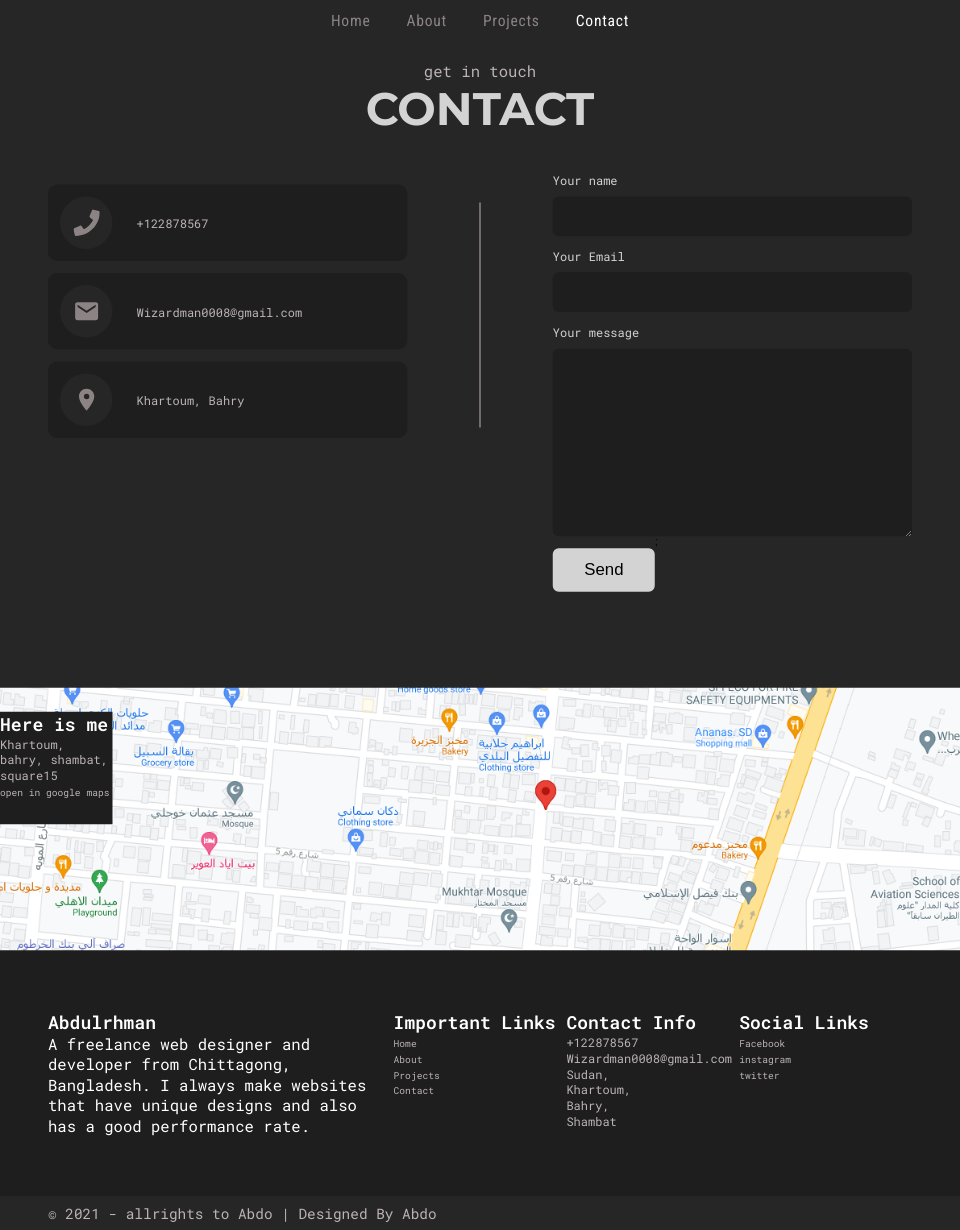
Repository: Abdoulrhman-altyeb/React-Typescript
Page: /contact
These files come from the project's save history. The page is drawn as it stood at one moment and after the next save; the edit follows.
The browser window is 1280 px wide. The pictures show the whole page, at 75% of full size.
The project was rebuilt for these pictures with package versions that can differ from the ones it lists, and the page was loaded fresh each time. Also part of the build but not shown: src/components/ContactButton.tsx, src/components/HeroSection.tsx, src/components/AboutSection.tsx, src/assits/data/Services.ts, src/components/ServiceItems.tsx, src/components/ServicesSection.tsx, src/components/ProjectsSection.tsx, src/Pages/Home.tsx and 2 more.

Above is the page before, as saved 2021-05-20 19:35:56.

### public/index.html
<!DOCTYPE html>
<html lang="en">

<head>
  <meta charset="utf-8" />
  <meta name="viewport" content="width=device-width, initial-scale=1" />
  <meta name="theme-color" content="#000000" />
  <meta name="description" content="IT Guys Community" />
  <link rel="preconnect" href="https://fonts.gstatic.com">
  <link href="https://fonts.googleapis.com/css2?family=Roboto:wght@300;400;500;700&display=swap" rel="stylesheet">
  <link rel="preconnect" href="https://fonts.gstatic.com">
<link href="https://fonts.googleapis.com/css2?family=Montserrat:wght@200;300;400;500;700&display=swap" rel="stylesheet">
<link rel="preconnect" href="https://fonts.gstatic.com">
<link href="https://fonts.googleapis.com/css2?family=Roboto+Mono:wght@200;300;400;500;600&display=swap" rel="stylesheet">
<link rel="preconnect" href="https://fonts.gstatic.com">
<link href="https://fonts.googleapis.com/css2?family=Roboto+Condensed:wght@400;700&display=swap" rel="stylesheet">
  <title>App Lab</title>
</head>

<body>
  <noscript>You need to enable JavaScript to run this app.</noscript>
  <div id="root"></div>
</body>

</html>

### src/index.tsx
import ReactDOM from "react-dom";
import App from "./App";
import './assits/styles/style.css'

ReactDOM.render(<App/>,document.getElementById("root"));

### src/App.tsx
import React from "react";
import NavBar from './components/NavBar';
import { BrowserRouter as Router, Route, Switch } from 'react-router-dom'
import Home from "./Pages/Home";
import Contact from "./Pages/Contact";
import About from "./Pages/About";
import Projects from "./Pages/Projects";


const App: React.FC = () => {



  return (
    <>
      <Router>
        <NavBar />
        <Switch>
          <Route  path='/' exact>
            <Home />
          </Route>
          <Route path="/contact">
            <Contact />
          </Route>
          <Route path='/about'>
            <About />
          </Route>
          <Route path='/projects'>
              <Projects/>
          </Route>
        </Switch>
      </Router>
    </>
  )
}

export default App;

### src/assits/styles/style.css
* {
    padding:0;
    margin:0;
    box-sizing:border-box;
    scroll-behavior: auto;
}

body {
    background:#262626;
    color:white;
    font-family: 'Roboto Mono', monospace;
}
::-webkit-scrollbar-track {
    background: #1E1E1E;
}
::-webkit-scrollbar {
    width: 8px;
}
::-webkit-scrollbar-thumb {
    background: #888;
    border-radius: 20px;
}




img,svg{
    width: 100%;
    height:100%;
    object-fit: cover;
}
.container {
    width:90%;
    max-width:1200px;
    margin: 0 auto;
}

.hero__img {
    height:600px;
}
ul {
    list-style: none;
}
p, h1, span,h3,a {
    color:#BCB4B4
}
a {
    text-decoration: none;
    font-size:0.8rem;
}

### src/components/NavBar.tsx
import React,{useState} from 'react';
import styled from 'styled-components';
import { NavLink } from 'react-router-dom';
import { BiMenu, BiX } from 'react-icons/bi';


const NavBar: React.FC = () => {

    const [isActive, setIsActive] = useState<boolean>(false);

    return (
        <NavBarContainer>
            <div className="hamburgerMenu"
                onClick={() => setIsActive(!isActive)}
                role='button'
                tabIndex={0}
                onKeyDown={() => setIsActive(!isActive)}
            >
                <BiMenu/>
            </div>
            <ul className={isActive ? 'ListItems' : 'ListItems hide-items'}>
                <div className='closeMenu'
                    onClick={() => setIsActive(!isActive)}
                    role='button'
                    tabIndex={0}
                    onKeyDown={() => setIsActive(!isActive)}
                >
                    <BiX/>
                </div>
                <li>
                    <NavLink to='/' exact>
                     Home
                    </NavLink>
                </li>
                <li>
                    <NavLink to="/about">
                        About
                    </NavLink>
                </li>
                <li>
                    <NavLink to='projects'>
                        Projects
                    </NavLink>
                </li>
                <li>
                    <NavLink to='contact'>
                        Contact
                    </NavLink>
                </li>
            </ul>
        </NavBarContainer>
    )
}

const NavBarContainer = styled.nav`
    position: fixed;
    z-index:100;
    top:0;
    left:0;
    background-color:#262626;
    font-family: 'Roboto Condensed', sans-serif;
    width:100%;
    ul {
        width:90%;
        max-width:1200px;
        justify-content:center;
        text-align:center;
        margin:0 auto;
        border-radius:12px;
    }
    li {
        display:inline-block;
        cursor:pointer;
    }
    a {
        display:inline-block;
        padding:1rem 1.5rem;
        font-size:1.3rem;
        color:#8c8484;
        letter-spacing: 1px;
        transition:0.3s ease color;
        /* &:hover {
            color:#726f6f;
        } */
    }
    .active {
        color:white;
    }

    .hamburgerMenu {
        font-size:2rem;
        position:absolute;
        top:1rem;
        right:1rem;
        color:white;
        display:none;
        * {
            pointer-events:none;
        }
    }
    .closeMenu{
        display:none;
    }
    @media only screen and (max-width:768px) {
        .hide-items{
            transform: translateY(calc(-100% - 1rem))
        }
        .hamburgerMenu{
            display:block;
        }
        .ListItems {
            width:80%;
            max-width:230px;
            position:absolute;
            top:1rem;
            right:1rem;
            background:#1E1E1E;
            padding:1rem;
            transition: 0.3s ease transform;

            .closeMenu {
                color:white;
                font-size:1.5rem;
                width:1rem;
                margin: 0 0 0 auto;
                cursor: pointer;
                display:block;
                *{
                    pointer-events:none;
                }
            }
        }
        li {
            display:block;
            margin-bottom:1rem;
        }
        a {
            /* padding:1rem; */
            padding:0.2rem;
            outline:none;
        }
    }
`;



export default NavBar;

### src/Pages/Contact.tsx
import React from 'react';
import ContactSection from '../components/ContactSecion';
import FooterSection from '../components/FooterSection';
import Map from '../components/Map';

const Contact: React.FC = () => {
    return (
        <>
            <ContactSection/>
            <Map/>
            <FooterSection />
        </>
    )
}

export default Contact;

### src/components/FooterSection.tsx
import React from 'react';
import styled from 'styled-components';
import PaText from './PaText';
import { Link } from 'react-router-dom';

const FooterSection: React.FC = () => {
    return (
        <>
            <StyledDiv>
                <div className="container">
                    <div className="info">
                        <h2>Abdulrhman</h2>
                        <PaText>
                            A freelance web designer and developer from Chittagong,
                            Bangladesh. I always make websites that have unique designs
                            and also has a good performance rate.
                        </PaText>
                    </div>
                    <div className="pages">
                        <h2>Important Links</h2>
                        <ul>
                            <li>
                                <Link to="/">Home</Link>
                            </li>
                            <li>
                                <Link to="/">About</Link>
                            </li>
                            <li>
                                <Link to="/">Projects</Link>
                            </li>
                            <li>
                                <Link to="/">Contact</Link>
                            </li>
                        </ul>
                    </div>
                    <div className="contact_info">
                        <h2>Contact Info</h2>
                        <ul>
                            <li><p>+122878567</p></li>
                            <li><p>Wizardman0008@gmail.com</p></li>
                            <li><p>Sudan,<br></br>Khartoum,<br></br>Bahry,<br></br>Shambat</p></li>
                        </ul>
                    </div>
                    <div className="social_Links">
                        <h2>Social Links</h2>
                        <ul>
                            <li><a href="https://facebook.com" rel='noreferrer'>Facebook</a></li>
                        </ul>
                        <ul>
                            <li><a href="https://instagram.com" rel='noreferrer'>instagram</a></li>
                        </ul>
                        <ul>
                            <li><a href="https://twitter.com" rel='noreferrer'>twitter</a></li>
                        </ul>
                    </div>
                </div>
            </StyledDiv>
            <StyledCopyright>
                <div className="container">
                    <p>© 2021 - allrights to Abdo  | Designed By Abdo</p>
                </div>
            </StyledCopyright>
        </>

    )
}

const StyledDiv = styled.div`
    background:#1E1E1E;
    padding:5rem 0 ;
    .container{
        display:flex;
    }
    .info{
        flex:2;
    }
    .contact_info,
    .pages,
    .social_Links{
        flex:1;
    }
    @media only screen and (max-width:768px) {
        .container{
            flex-direction:column;
        }
    }
`;
const StyledCopyright = styled.div`
    background:#262626;
    padding:10px 0;
    p{
        font-size:1.2rem;
    }

    @media only screen and (max-width:768px) {
        p{
            font-size:0.9rem;
            width:100%;
        }
    }
`;

export default FooterSection

### src/components/ContactSecion.tsx
import React from 'react';
import styled from 'styled-components';
import SectionsTitle from './SectionsTitle';
import { FaPhone } from 'react-icons/fa';
import { IoMdMail } from 'react-icons/io';
import {MdLocationOn} from 'react-icons/md'
import Button from './Button';

const ContactSection: React.FC = () => {
    return (
        <StyledDiv>
            <div className="container">
                <SectionsTitle title='contact' semiTitle='get in touch' />
                <div className="contact-me">
                    <div className="contact-info">
                        <div className="phone">
                            <div className="icon">
                                <FaPhone/>
                            </div>
                            <span> +122878567</span>
                        </div>
                        <div className="mail">
                            <div className="icon">
                                <IoMdMail/>
                            </div>
                            <span>Wizardman0008@gmail.com</span>
                        </div>
                        <div className="location">
                            <div className="icon">
                                <MdLocationOn/>
                            </div>
                            <span>Khartoum, Bahry</span>
                        </div>
                    </div>
                    <div className="linebetween"></div>
                    <form className='form-contact'>
                        <label htmlFor="name">Your name</label>
                        <input className='name' type="text" id='name' />
                        <label htmlFor="email">Your Email</label>
                        <input type="email" id="email" />
                        <label htmlFor="message">Your message</label>
                        <textarea id="message"></textarea>
                        <button type='submit' className='btn'>
                                <Button btnLink='/'  outline={false} btnText='Send'/>;
                        </button>
                    </form>
                </div>
            </div>
        </StyledDiv>
    )
}
const StyledDiv = styled.div`
    padding:5rem 0;
    text-align: center;
    .container{
        display: flex;
        flex-direction:column;
    }
    .title{
        p{
            font-size:1.3rem;
        }
        h2{
            font-size:3.8rem;
            margin-top:0;
        }
    }
    .contact-me{
        padding:3rem 0;
        display: flex;
        gap:6rem;
    }
    .contact-info{
        flex:1;
    }
    .phone,
    .mail,
    .location{
        width:100%;
        background:#1E1E1E;
        margin-top:1rem;
        padding:1rem;
        border-radius:12px;
        display: flex;
        align-items: center;
    }
    .icon{
        width:70px;
        height:70px;
        border-radius: 50%;
        display: flex;
        justify-content: center;
        align-items:center;
        margin-right:2rem;
        background:#262626;
    }
    .icon svg{
        width:50%;
        fill: #8c8484;
    }
    .linebetween{
        width:2px;
        height:300px;
        background:#8c8484;
        margin-top:2.5rem;
    }

    .form-contact{
        flex:1;
        display: flex;
        flex-direction:column;
        text-align:left;
    }
    .form-contact input, textarea{
        padding:1rem;
        background:#1E1E1E;
        border:none;
        border-radius:8px;
    }
    .form-contact textarea {
        height:250px;
        resize: vertical;
    }
    .form-contact label{
        margin-bottom:0.7rem;
        color:lightgray;
    }
    .form-contact input{
        margin-bottom:1rem;
        outline:none;
        color:#8c8484;
        font-size:1.1rem;
    }
    .btn{
        background:transparent;
        outline:none;
        border:none;
        pointer-events: none;
        display: flex;
        justify-content: flex-start;
        *{
            pointer-events: all;
        }
    }
    @media only screen and (max-width:768px) {
        .title{
            p{
                font-size:0.9rem;
            }
            h2{
                font-size:2.5rem;
                margin-top:0;
            }
        }
        .contact-me{
            flex-direction:column;
        }
        .linebetween{
            display: none;
        }
    }
`;

export default ContactSection;

### src/components/Map.tsx
import React from 'react';
import styled from 'styled-components';
import map from '../assits/images/Capture.jpg'
const Map: React.FC = () => {
    return (
        <StyleDiv>
            <div className="image">
            <img src={map} alt="" />
            </div>
            <div className="location__details">
                <h2>Here is me</h2>
                <p>Khartoum, bahry, shambat, square15</p>
                <a href="https://www.google.com/maps/place/%D9%85%D8%AD%D8%B7%D9%87+15%E2%80%AD/@15.6677097,32.5462023,17z/data=!4m13!1m7!3m6!1s0x168e8da4c6682f5f:0x213cdd630f5e6fa9!2sShambat+Bridge,+Khartoum+North,+Sudan!3b1!8m2!3d15.6434242!4d32.5089219!3m4!1s0x168e93f8f47bbcb9:0x5df02e7d5dd85537!8m2!3d15.6681869!4d32.5468858" rel='noreferrer'>open in google maps</a>
            </div>
        </StyleDiv>
    )
}

const StyleDiv = styled.div`
    position: relative;
    .image{
        height:350px;
        width:100%;
    }
    .location__details{
        position: absolute;
        width:150px;
        height:150px;
        background:#1E1E1E;
        top: 2rem;
    }
`;
export default Map;

### src/components/Button.tsx
import React from 'react';
import { Link } from 'react-router-dom';
import styled from 'styled-components'


const Button:React.FC<ButtonProps> = ({btnLink,btnText,outline}) => {
    return (
        <BTNSTYLE className='btn'>
            <Link className='button' to={btnLink} style={{ background: outline ? 'transparent' : 'lightgray', color: outline? 'lightgray': 'black' }}>{btnText}</Link>
        </BTNSTYLE>
    )
}


const BTNSTYLE = styled.div`
    margin-top:1rem;
    .button{
        background:lightgray;
        padding:0.9rem 2.5rem;
        color:black;
        border-radius:8px;
        border:2px solid lightgray;
        cursor:pointer;
        display:inline-block;
        font-size:1.4rem;
    }
    @media only screen and (max-width:768px) {
        .button{
            font-size:1.2rem;
        }
    }
`;

export default Button

### src/components/PaText.tsx
import styled from 'styled-components'

const PaText: React.FC = ({children}) => {

    return (
        <TextContainer className='par'>
            {children}
        </TextContainer>
    )
}

const TextContainer = styled.div`
    max-width:500px;
    margin:0 auto;
    line-height:1.3em;
    font-family: 'Roboto Mono', monospace;
    font-size:1.3rem;
    @media only screen and (max-width:768px) {
        font-size:1.1rem;
    }
`;

export default PaText

### src/components/SectionsTitle.tsx
import React from 'react';
import styled from 'styled-components';

const SectionsTitle:React.FC<SectionTitle> = ({title,semiTitle}) => {
    return (
        <StyledSectionTitle className='title'>
            <p>{semiTitle}</p>
            <h2>{title}</h2>
        </StyledSectionTitle>
    )
}

const StyledSectionTitle = styled.div`
    P{
        font-size:1.5rem;
    }
    h2{
        font-size:3.8rem;
        font-family: 'Montserrat', sans-serif;
        text-transform:uppercase;
        margin-top:0.7rem;
        color:lightgray;
    }
    @media only screen and (max-width:768px){
        p{
            font-size:1rem;
        }
        h2{
            font-size:2rem;

        }
    }
`;

export default SectionsTitle;

After the next save:
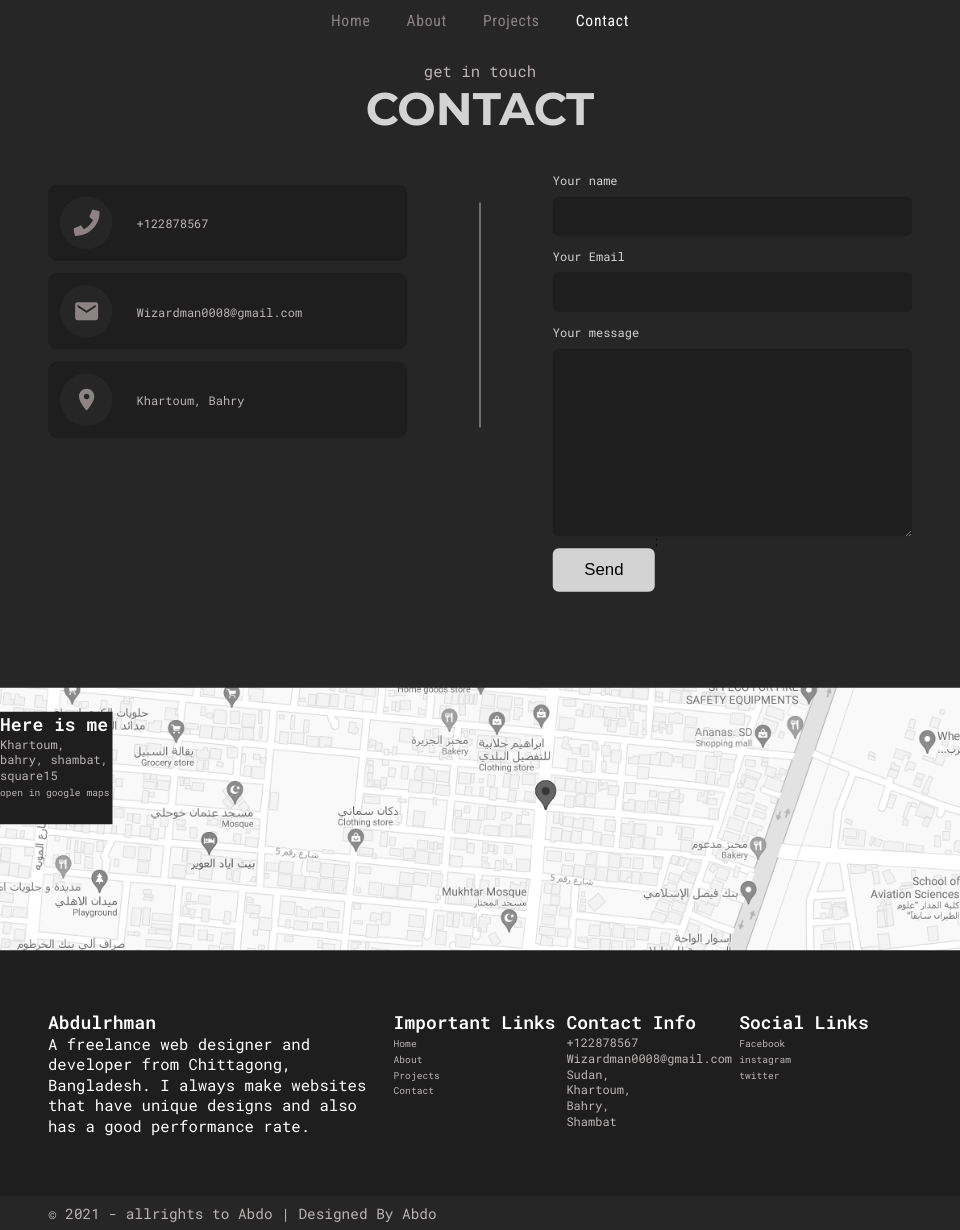
Saved 11 s later.
--- a/src/components/Map.tsx
+++ b/src/components/Map.tsx
@@ -21,6 +21,7 @@ const StyleDiv = styled.div`
     .image{
         height:350px;
         width:100%;
+        filter: grayscale(100%);
     }
     .location__details{
         position: absolute;
